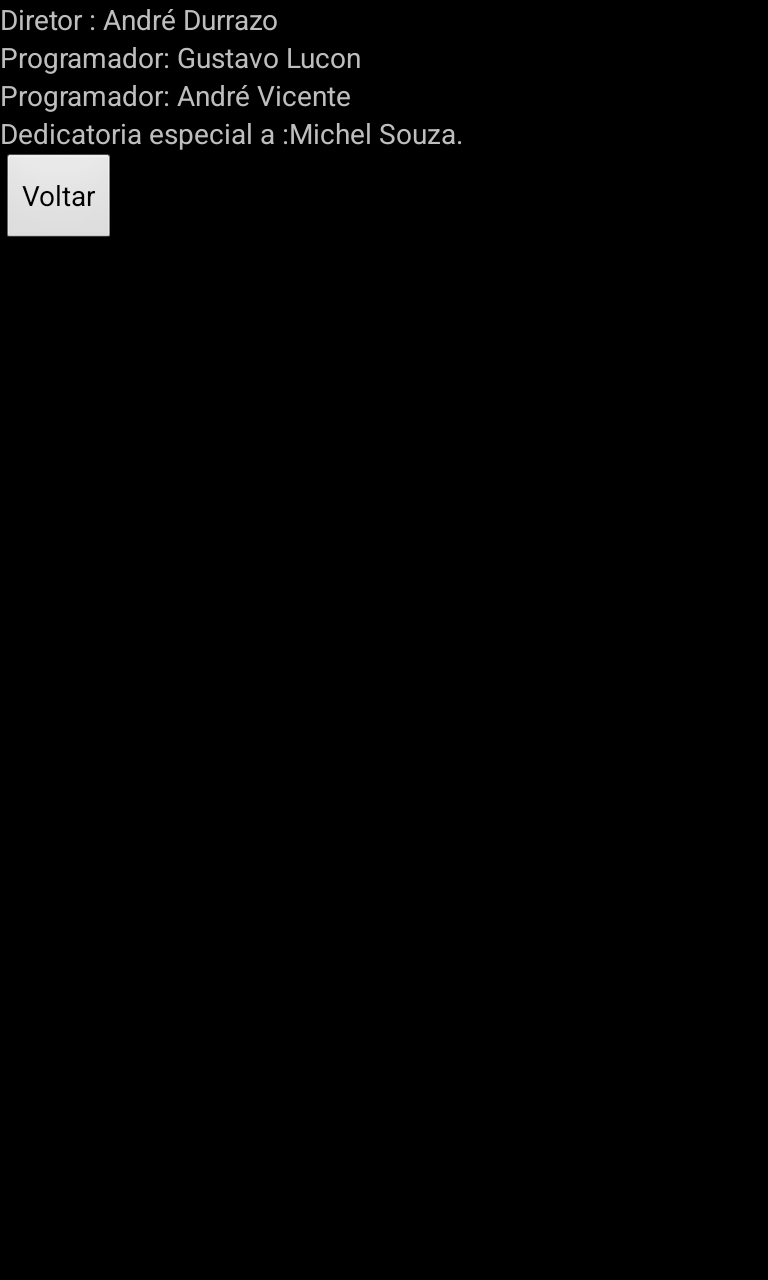
Repository: GustavoLucon/Archives
Layout: 4 park/TCC/com.parkhere.main.ParkHereActivity/res/layout/creditos.xml
These files come from the project's save history. The layout is drawn as it stood at one moment and after the next save; the edit follows.
It is drawn on a 768 x 1280 px phone screen (xhdpi) without system bars, with theme android:Theme; the app's code is not run.

Above is the layout before, as saved 2012-10-26 06:46:24.

### 4 park/TCC/com.parkhere.main.ParkHereActivity/res/layout/creditos.xml
<?xml version="1.0" encoding="utf-8"?>
<LinearLayout xmlns:android="http://schemas.android.com/apk/res/android"
    android:layout_width="fill_parent"
    android:layout_height="fill_parent"
    android:orientation="vertical" >

    <LinearLayout
        android:layout_width="0dp"
        android:layout_height="0dp"
        android:orientation="vertical"
        android:gravity="top">

    <TextView
        android:id="@+id/textView1"
        android:layout_width="wrap_content"
        android:layout_height="wrap_content"
        android:text="4 Park"
        android:textSize="50dp" />


    <TextView
        android:id="@+id/textView2"
        android:layout_width="wrap_content"
        android:layout_height="wrap_content"
        android:text="Compania Limitada" />

    </LinearLayout>

       <LinearLayout
        android:layout_width="fill_parent"
        android:layout_height="wrap_content"
        android:orientation="vertical"
         android:gravity="center|left">

    <TextView
        android:id="@+id/textView3"
        android:layout_width="wrap_content"
        android:layout_height="wrap_content"
        android:text="Diretor : André Durrazo" />


    <TextView
        android:id="@+id/textView4"
        android:layout_width="wrap_content"
        android:layout_height="wrap_content"
        android:text="Programador: Gustavo Lucon" />


    <TextView
        android:id="@+id/textView5"
        android:layout_width="wrap_content"
        android:layout_height="wrap_content"
        android:text="Programador: André Vicente" />



    <TextView
        android:id="@+id/textView6"
        android:layout_width="wrap_content"
        android:layout_height="wrap_content"
        android:text="Dedicatoria especial a :Michel Souza." />

    </LinearLayout>

   <LinearLayout
        android:layout_width="fill_parent"
        android:layout_height="wrap_content"
        android:orientation="horizontal"
        android:gravity="bottom">
    <Button
        android:id="@+id/voltar"
        android:layout_width="wrap_content"
        android:layout_height="wrap_content"
        android:text="Voltar" />
    </LinearLayout>

</LinearLayout>

After the next save:
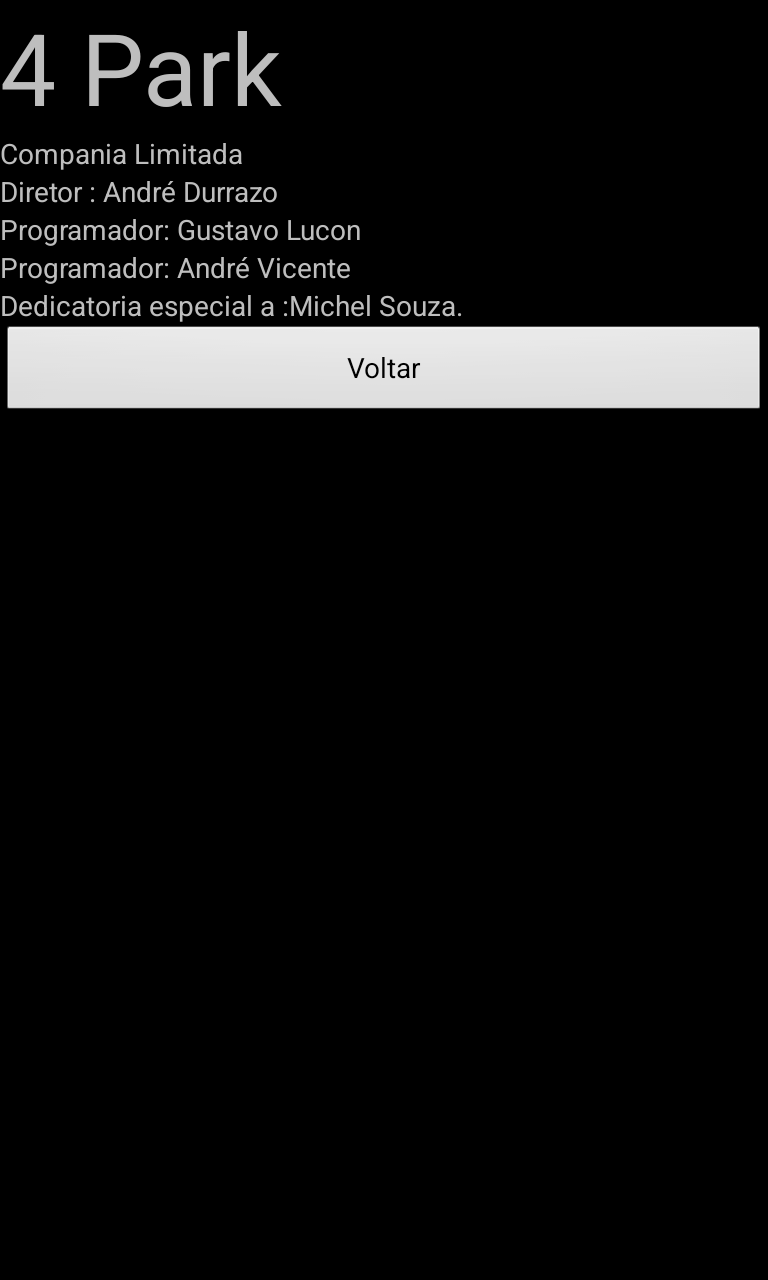
Saved 3 min 28 s later.
--- a/4 park/TCC/com.parkhere.main.ParkHereActivity/res/layout/creditos.xml
+++ b/4 park/TCC/com.parkhere.main.ParkHereActivity/res/layout/creditos.xml
@@ -1,26 +1,28 @@
 <?xml version="1.0" encoding="utf-8"?>
 <LinearLayout xmlns:android="http://schemas.android.com/apk/res/android"
-    android:layout_width="fill_parent"
-    android:layout_height="fill_parent"
+    android:layout_width="match_parent"
+    android:layout_height="match_parent"
     android:orientation="vertical" >
 
     <LinearLayout
-        android:layout_width="0dp"
-        android:layout_height="0dp"
+        android:layout_width="fill_parent"
+        android:layout_height="wrap_content"
         android:orientation="vertical"
         android:gravity="top">
 
+
     <TextView
         android:id="@+id/textView1"
-        android:layout_width="wrap_content"
+        android:layout_width="match_parent"
         android:layout_height="wrap_content"
         android:text="4 Park"
         android:textSize="50dp" />
 
 
+
     <TextView
         android:id="@+id/textView2"
-        android:layout_width="wrap_content"
+        android:layout_width="match_parent"
         android:layout_height="wrap_content"
         android:text="Compania Limitada" />
 
@@ -32,31 +34,35 @@
         android:orientation="vertical"
          android:gravity="center|left">
 
+
     <TextView
         android:id="@+id/textView3"
-        android:layout_width="wrap_content"
+        android:layout_width="match_parent"
         android:layout_height="wrap_content"
         android:text="Diretor : André Durrazo" />
 
 
+
     <TextView
         android:id="@+id/textView4"
-        android:layout_width="wrap_content"
+        android:layout_width="match_parent"
         android:layout_height="wrap_content"
         android:text="Programador: Gustavo Lucon" />
 
 
+
     <TextView
         android:id="@+id/textView5"
-        android:layout_width="wrap_content"
+        android:layout_width="match_parent"
         android:layout_height="wrap_content"
         android:text="Programador: André Vicente" />
 
 
 
+
     <TextView
         android:id="@+id/textView6"
-        android:layout_width="wrap_content"
+        android:layout_width="match_parent"
         android:layout_height="wrap_content"
         android:text="Dedicatoria especial a :Michel Souza." />
 
@@ -67,11 +73,15 @@
         android:layout_height="wrap_content"
         android:orientation="horizontal"
         android:gravity="bottom">
-    <Button
-        android:id="@+id/voltar"
-        android:layout_width="wrap_content"
-        android:layout_height="wrap_content"
-        android:text="Voltar" />
     </LinearLayout>
 
+
+
+   <Button
+       android:id="@+id/voltar"
+       android:layout_width="match_parent"
+       android:layout_height="wrap_content"
+       android:layout_gravity="bottom"
+       android:text="Voltar" />
+
 </LinearLayout>
